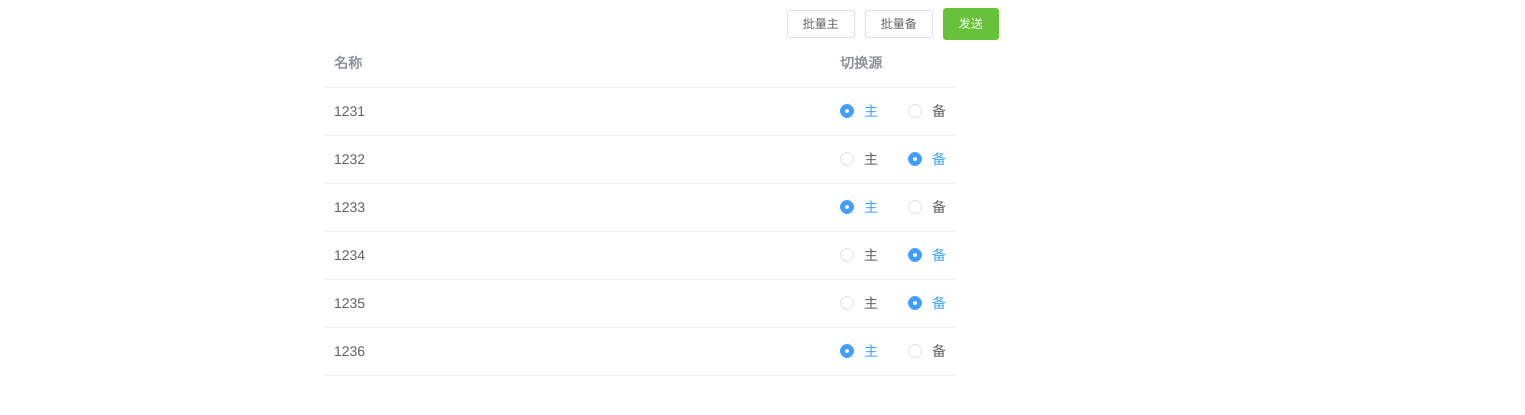
Repository: faintout/BHMQTTSendTool
Page: /
An editor plug-in stored every save of this project. The page is shown before and after the next save, followed by the edit.
The browser window is 1280 px wide. The page is 1525 px wide, then 1280 px, so the pictures cover 1525 px, including what lies to the right of the window. The pictures show the whole page.
The project was rebuilt for these pictures with package versions that can differ from the ones it lists, and the page was loaded fresh each time. Also part of the build but not shown: vue.config.js. Imported but missing from the stored project, and not drawn on this page: src/views/About.vue.

Above is the page before, as saved 2020-08-26 14:16:47.

### public/index.html
<!DOCTYPE html>
<html lang="en">
  <head>
    <meta charset="utf-8">
    <meta http-equiv="X-UA-Compatible" content="IE=edge">
    <meta name="viewport" content="width=device-width,initial-scale=1.0">
    <link rel="stylesheet" href="">
    <title></title>
  </head>
  <body>
    <div id="app">

    </div>
    <!-- built files will be auto injected -->
  </body>
</html>

### src/main.js
import Vue from 'vue'
import App from './App.vue'
import router from './router'
import $ from 'jquery'
import ElementUi from 'element-ui'
import 'element-ui/lib/theme-chalk/index.css'
import 'element-ui/lib/theme-chalk/reset.css'

Vue.config.productionTip = false
Vue.use(ElementUi)
new Vue({
  router,
  render: h => h(App)
}).$mount('#app')

### src/views/Home.vue
<template>
  <div class="content">
      <title></title>
          <!-- 按钮模块 -->
    <div style="position: relative;left: calc(50% - 30%);">
       <el-button size="mini" @click="batch(0)">批量主</el-button>
       <el-button size="mini" @click="batch(1)">批量备</el-button>
       <el-button type="success" size="small" @click="sendData">发送</el-button>
    </div>
      <el-table
      v-loading="tableLoading"
      :data="tableData"
       style="width: 50%;position: relative;left: calc(50% - 25%);">
      >
      <el-table-column
          prop="name"
          min-width="4"
        label="名称"
      >
      </el-table-column>
    <el-table-column
        label="切换源"
        min-width="1"

        >
        <template slot-scope="scope">
        <el-radio-group v-model="scope.row.enable">
            <el-radio :label="0" @click="scope.row.enable = 0" >主</el-radio>
            <el-radio :label="1" @click="scope.row.enable = 1" >备</el-radio>
     </el-radio-group>
        </template>
      </el-table-column>

      </el-table>
  </div>

</template>

<script>

export default {
  components:{},
  data(){
    return {
        //表格框加载
        tableLoading:false,
        tableData:[
            {
                id:1,
                name:'1231',
                enable:0,
                data:'333'
            },
            {
                id:2,
                name:'1232',
                enable:1,
                data:'333'
            },
            {
                id:3,
                name:'1233',
                enable:0,
                data:'333'
            },
            {
                id:4,
                name:'1234',
                enable:1,
                data:'333'
            },
            {
                id:5,
                name:'1235',
                enable:1,
                data:'333'
            }
            ,{
                id:6,
                name:'1236',
                enable:0,
                data:'333'
            }
        ]
    }
  },
  watch:{},
  computed:{

  },
  methods:{
      changeItem(item){
          console.log('item',item);
      },
      changItemRadio(item){
          console.log('itemzhixng ');
      },
      //获取所有数据
      getAllMqttData(){

      },
      //数据处理
      dataProcessing(){

      },
      //批量设置
      /**
       * @type 0 主 1 备
       * @Date 2020-08-26 14:13:24
      */
      batch(type){
          this.tableData.forEach(item=>{
              item.enable = type?1:0
          })
      },
      //发送数据
      sendData(){

      }

  },
  mounted(){
      console.log(this.tableData);
  },
  created(){},
}
</script>
<style lang="less" scoped>
</style>

Loaded but not shown: src/App.vue (common file); src/router/index.js (common file)

After the next save:
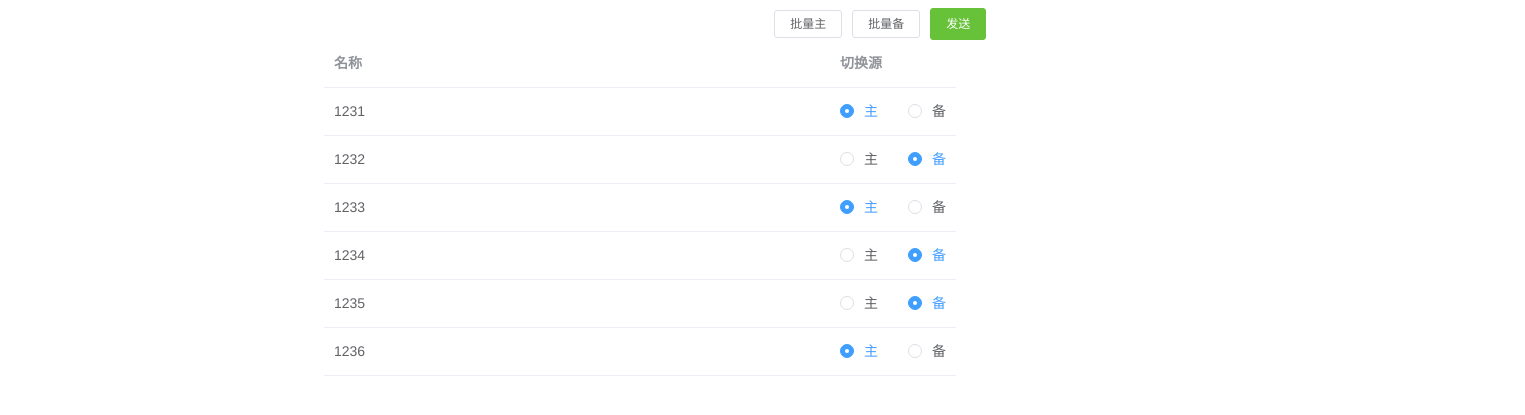
Saved 7 min 15 s later.
--- a/src/views/Home.vue
+++ b/src/views/Home.vue
@@ -2,7 +2,7 @@
   <div class="content">
       <title></title>
           <!-- 按钮模块 -->
-    <div style="position: relative;left: calc(50% - 30%);">
+    <div style="position: relative;left: calc(50% - 6%);width: 50%;">
        <el-button size="mini" @click="batch(0)">批量主</el-button>
        <el-button size="mini" @click="batch(1)">批量备</el-button>
        <el-button type="success" size="small" @click="sendData">发送</el-button>
